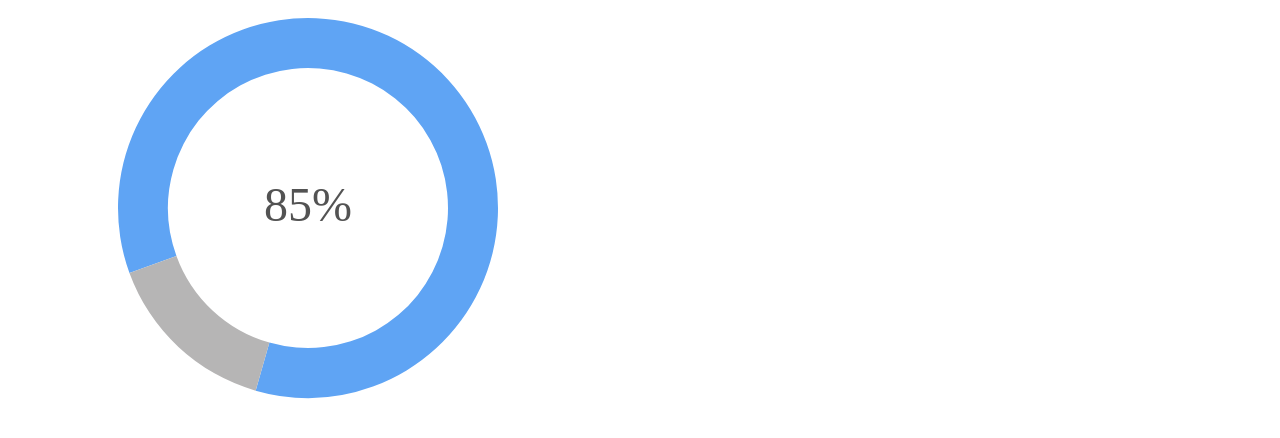
Repository: 572031690/echartssimple
Page: 23.仪表盘的实现 copy.html
These files come from the project's save history. The page is drawn as it stood at one moment and after the next save; the edit follows.
The browser window is 1280 px wide. The pictures show the whole page.

Above is the page before, as saved 2021-08-26 14:19:36.

### 23.仪表盘的实现 copy.html
<!DOCTYPE html>
<html lang="en">

<head>
  <meta charset="UTF-8">
  <meta name="viewport" content="width=device-width, initial-scale=1.0">
  <meta http-equiv="X-UA-Compatible" content="ie=edge">
  <title>Document</title>
  <script src="lib/echarts.min.js"></script>
</head>

<body>
  <div style="width: 600px;height:400px"></div>

  <script>
    //1. ECharts最基本的代码结构
    //2. 准备数据, 设置给series下的data
    //3. 将type的值设置为gauge
    var mCharts = echarts.init(document.querySelector("div"))
    var option = {
      color: ["rgba(255,255,255,0)", "#5fa4f4", "#b6b5b5"],
      series: [
            {
                type: 'pie',
                startAngle: 200, // 仪表盘起始角度,默认 225。圆心 正右手侧为0度，正上方为90度，正左手侧为180度。
                endAngle: -20,
                radius: ['70%', '95%'],
                legendHoverLink: false,
                hoverAnimation: false,
                avoidLabelOverlap: false,
                labelLine: {
                    normal: {
                        show: false
                    }
                },
                data: [
                    {
                        value: 0,
                        name: 85 + '%',
                        label:{
                            position:'center',
                            color:"#535353",
                            fontSize: '300%'
                        }
                    },
                    {
                        value: 85
                    },
                    {
                        value: 100 - 85
                    }
                ]
            }
        ]
    }
    mCharts.setOption(option)
  </script>
</body>

</html>

Loaded but not shown: lib/echarts.min.js (library)

After the next save:
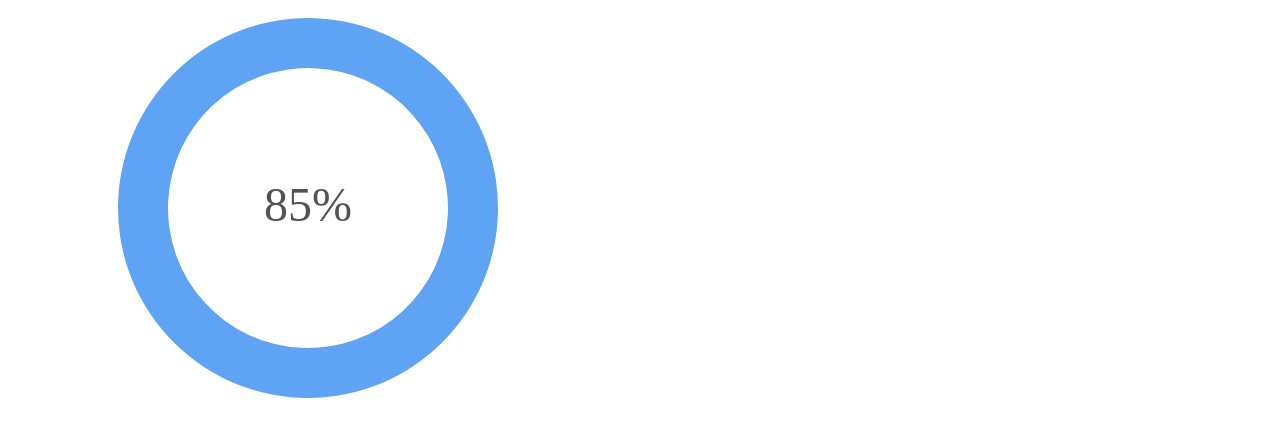
Saved 4 s later.
--- a/23.仪表盘的实现 copy.html
+++ b/23.仪表盘的实现 copy.html
@@ -43,9 +43,9 @@
                             fontSize: '300%'
                         }
                     },
-                    {
-                        value: 85
-                    },
+                    // {
+                    //     value: 85
+                    // },
                     {
                         value: 100 - 85
                     }

After the save that followed:
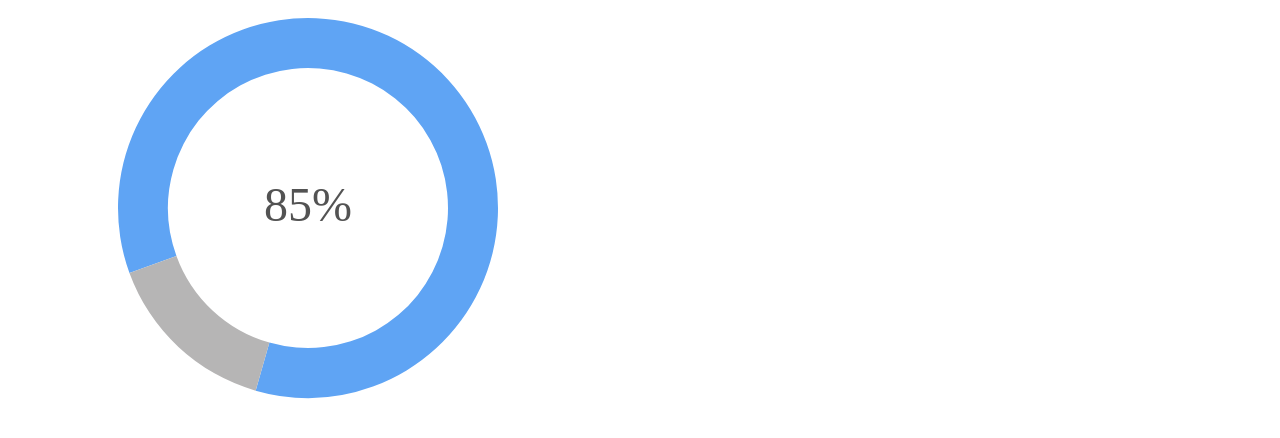
Saved 5 s later.
--- a/23.仪表盘的实现 copy.html
+++ b/23.仪表盘的实现 copy.html
@@ -43,9 +43,9 @@
                             fontSize: '300%'
                         }
                     },
-                    // {
-                    //     value: 85
-                    // },
+                    {
+                        value: 85
+                    },
                     {
                         value: 100 - 85
                     }
